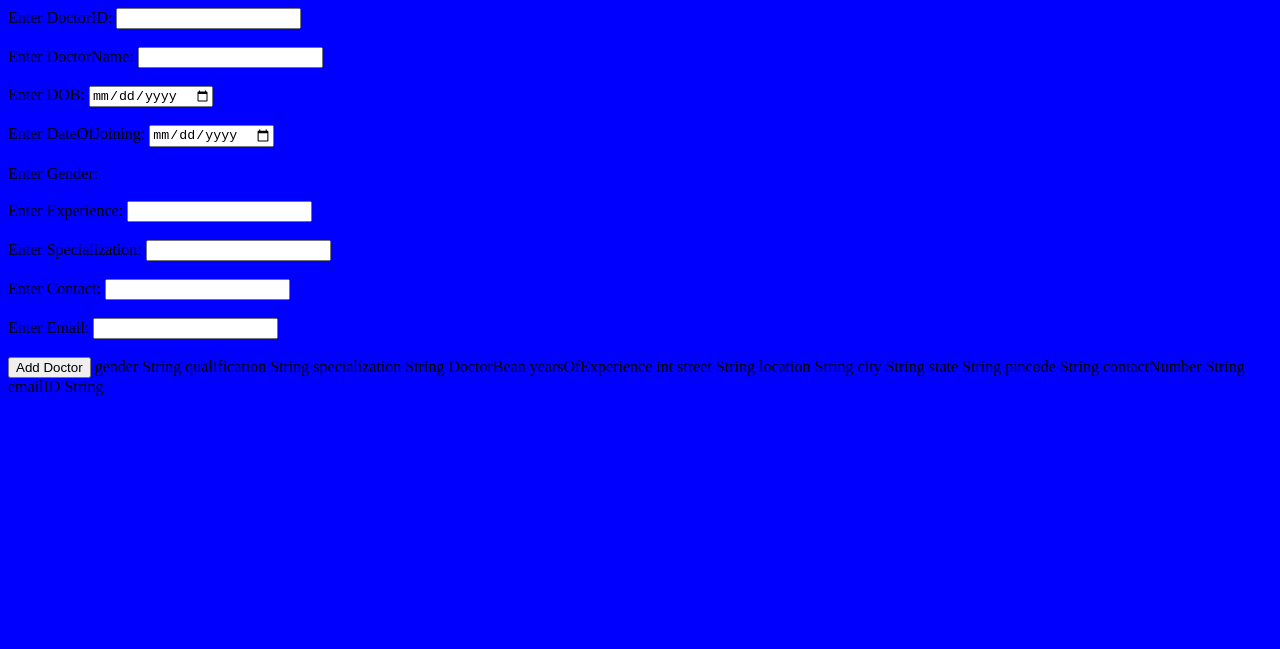
Repository: Pravinkumar-Raja/SpringProjects
Page: http://localhost/Spring-Web/WEB-INF/views/AddDoctor.jsp
These files come from the project's save history. The page is drawn as it stood at one moment and after the next save; the edit follows.
The browser window is 1280 px wide. The pictures show the whole page.
The page is served by Tomcat 9. Nobody is signed in. The template is opened directly, without the code that normally fills it, so the values that code supplies are empty.

Above is the page before, as saved 2025-11-24 08:10:45.

After the next save:
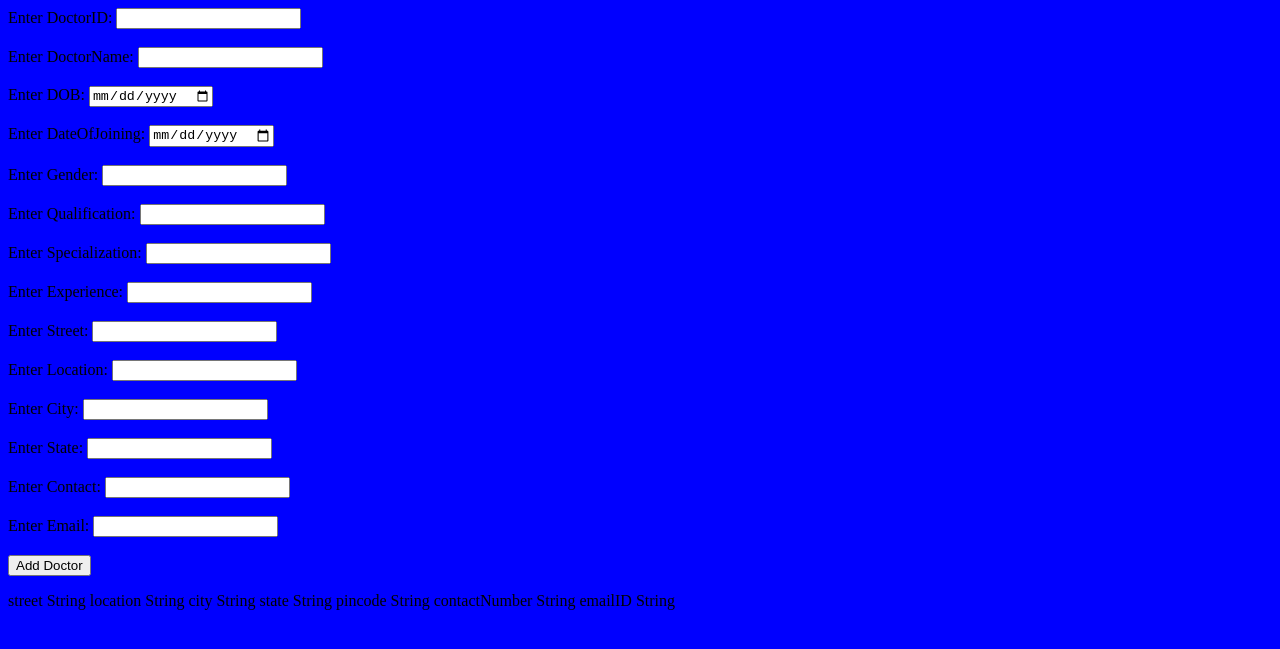
Saved 3 min 11 s later.
--- a/Spring-Web/src/main/webapp/WEB-INF/views/AddDoctor.jsp
+++ b/Spring-Web/src/main/webapp/WEB-INF/views/AddDoctor.jsp
@@ -5,9 +5,14 @@
 			Enter DoctorName: <input type="text" name="doctorName"/><br><br>
 			Enter DOB: <input type="date" name="dateOfBirth"/><br><br>
 			Enter DateOfJoining: <input type="date" name="dateOfJoining"/><br><br>
-			Enter Gender: <inout type="text" name="gender"/><br><br>
+			Enter Gender: <input type="text" name="gender"/><br><br>
+			Enter Qualification: <input type="text" name="qualification"/><br><br>
+			Enter Specialization: <input type="text" name="specialization"/><br><br>
 			Enter Experience: <input type="number" name="experience"/><br><br>
-			Enter Specialization: <input type="text" name="specialization"/><br><br>
+			Enter Street: <input type="text" name="street"/><br><br>
+			Enter Location: <input type="text" name="location"/><br><br>
+			Enter City: <input type="text" name="city"/><br><br>
+			Enter State: <input type="text" name="state"/><br><br>
 			Enter Contact: <input type="number" name="contact"/><br><br>
 			Enter Email: <input type="email" name="email"/><br><br>
 			<button type="submit">Add Doctor</button>
@@ -15,15 +20,6 @@
 	</body>
 </html>
 
-
-
- gender String
-
- qualification String
-
- specialization String
-
-DoctorBean yearsOfExperience int
 
 street String
 
